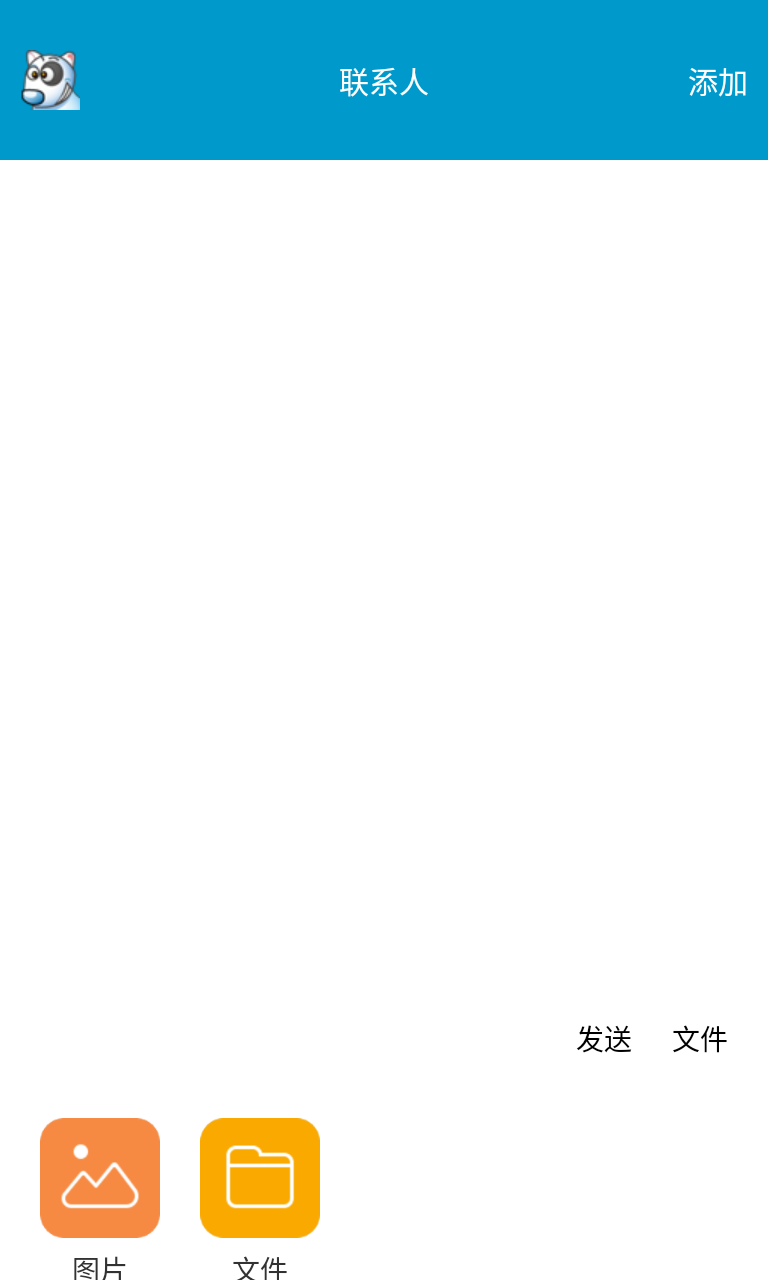
Repository: fanloveoupao/WecharTest
Layout: TestWechar/res/layout/interfce_char.xml
An editor plug-in stored every save of this project. The layout is shown before and after the next save, followed by the edit.
It is drawn on a 768 x 1280 px phone screen (xhdpi) without system bars, with theme AppTheme; the app's code is not run. Lists and similar views that code fills are empty.

Above is the layout before, as saved 2015-10-09 06:10:48.

### TestWechar/res/layout/interfce_char.xml
<?xml version="1.0" encoding="utf-8"?>
<LinearLayout xmlns:android="http://schemas.android.com/apk/res/android"
    android:layout_width="match_parent"
    android:layout_height="match_parent"
    android:background="#FFFFFF"
    android:orientation="vertical" >

    <include
        android:layout_width="fill_parent"
        android:layout_height="wrap_content"
        layout="@layout/include" />

    <ListView
        android:id="@+id/msg_list_view"
        android:layout_width="match_parent"
        android:layout_height="0dp"
        android:layout_marginTop="10dp"
        android:layout_weight="1"
        android:divider="#0000"
        android:listSelector="#FFFFFF" >
    </ListView>

    <TextView
        android:id="@+id/loading"
        android:layout_width="wrap_content"
        android:layout_height="wrap_content"
        android:background="@drawable/messge_right"
        android:textColor="@color/black_deep"
        android:visibility="gone" />

    <LinearLayout
        android:layout_width="fill_parent"
        android:layout_height="50dp"
        android:gravity="center_vertical"
        android:orientation="horizontal" >

        <EditText
            android:id="@+id/input_text"
            android:layout_width="0dp"
            android:layout_height="wrap_content"
            android:layout_marginLeft="10dp"
            android:layout_marginRight="10dp"
            android:layout_weight="1"
            android:background="@color/white" />

        <TextView
            android:id="@+id/send"
            android:layout_width="wrap_content"
            android:layout_height="wrap_content"
            android:layout_marginRight="20dp"
            android:text="发送"
            android:textColor="#000000" />

        <TextView
            android:id="@+id/send_fole"
            android:layout_width="wrap_content"
            android:layout_height="wrap_content"
            android:layout_marginRight="20dp"
            android:text="文件"
            android:textColor="#000000" />
    </LinearLayout>

    <include
        android:id="@+id/include_send"
        android:layout_width="match_parent"
        android:layout_height="wrap_content"
        layout="@layout/send_file" />

</LinearLayout>

### TestWechar/res/values/styles.xml
<resources>

    <!--
        Base application theme, dependent on API level. This theme is replaced
        by AppBaseTheme from res/values-vXX/styles.xml on newer devices.











    -->
    <style name="AppBaseTheme" parent="android:Theme.Light">
        <!--
            Theme customizations available in newer API levels can go in
            res/values-vXX/styles.xml, while customizations related to
            backward-compatibility can go here.






        -->
    </style>

    <!-- Application theme. -->
    <style name="AppTheme" parent="AppBaseTheme">
        <!-- All customizations that are NOT specific to a particular API-level can go here. -->
    </style>

    <style name="animationmsg">
        <item name="android:windowEnterAnimation">@anim/msg_enter</item>
        <item name="android:windowExitAnimation">@anim/msg_exit</item>
    </style>

</resources>

### TestWechar/res/layout/include.xml
<?xml version="1.0" encoding="utf-8"?>
<LinearLayout xmlns:android="http://schemas.android.com/apk/res/android"
    android:layout_width="match_parent"
    android:layout_height="match_parent"
    android:orientation="vertical" >

    <RelativeLayout
        android:layout_width="fill_parent"
        android:layout_height="80dp"
        android:background="#0099CC"
        android:gravity="center_vertical" >

        <ImageView
            android:layout_width="30dp"
            android:layout_height="30dp"
            android:layout_alignParentLeft="true"
            android:layout_centerVertical="true"
            android:layout_marginLeft="10dp"
            android:src="@drawable/h091" />

        <TextView
            android:id="@+id/title"
            android:layout_width="wrap_content"
            android:layout_height="wrap_content"
            android:layout_centerHorizontal="true"
            android:layout_centerVertical="true"
            android:text="联系人"
            android:textColor="#FFFFFF"
            android:textSize="15dp" />

        <TextView
            android:id="@+id/add"
            android:layout_width="wrap_content"
            android:layout_height="wrap_content"
            android:layout_alignParentRight="true"
            android:layout_centerVertical="true"
            android:layout_marginRight="10dp"
            android:text="添加"
            android:textColor="#FFFFFF"
            android:textSize="15dp" />
    </RelativeLayout>

</LinearLayout>

### TestWechar/res/values/color.xml
<?xml version="1.0" encoding="utf-8"?>
<resources>

    <color name="white">#ffffffff</color>
    <color name="window_bg">#fff0f3f6</color>
    <color name="title_bg">#ff54acea</color>
    <color name="chat_text">#ff333333</color>
    <color name="common_top_bar_blue">#4ebcd3</color>
    <color name="btn_login_normal">#00acff</color>
    <color name="btn_login_pressed">#46678d</color>
    <color name="btn_logout_normal">#d33f3f</color>
    <color name="btn_logout_pressed">#DA5A4D</color>
    <color name="btn_register_normal">#ffffff</color>
    <color name="btn_register_pressed">#00acff</color>
    <color name="common_bottom_bar_normal_bg">#2d2f31</color>
    <color name="common_bottom_bar_selected_bg">#161718</color>
    <color name="common_botton_bar_blue">#2ea7e0</color>
    <color name="common_bg">#fcfcfc</color>
    <color name="btn_pressed_green_solid">#B6DA53</color>
    <color name="divider_list">#d4d4d4</color>
    <color name="top_bar_normal_bg">#00acff</color>
    <color name="error_item_color">#F6EBE6</color>
    <color name="bottom_bar_normal_bg">#2D2F31</color>
    <color name="bottom_text_color_normal">#ffffff</color>
    <color name="btn_white_normal">#f7f8f8</color>
    <color name="btn_white_pressed">#b5b5b6</color>
    <color name="btn_green_noraml">#68C270</color>
    <color name="btn_green_pressed">#6FCD78</color>
    <color name="btn_gray_normal">#c0c0c0</color>
    <color name="btn_gray_pressed_status">#b5b5b6</color>
    <color name="btn_gray_pressed">#666667</color>
    <color name="btn_blue_normal">#1e90ff</color>
    <color name="btn_blue_pressed">#0066FF</color>
    <color name="orange">#FFA500</color>
    <color name="gray_pressed">#b5b5b6</color>
    <color name="gray_normal">#666667</color>
    <color name="grid_state_pressed">#1Affffff</color>
    <color name="grid_state_focused">#80000000</color>
    <color name="voip_interface_text_color">#bababa</color>
    <color name="black_deep">#FF000000</color>
    <color name="btn_answer_pressed">#4ebcd3</color>
    <color name="btn_answer_normal">#2dafa3</color>

</resources>

### TestWechar/res/layout/send_file.xml
<?xml version="1.0" encoding="utf-8"?>
<LinearLayout xmlns:android="http://schemas.android.com/apk/res/android"
    android:layout_width="match_parent"
    android:layout_height="fill_parent"
    android:gravity="center_vertical"
    android:orientation="horizontal" >

    <LinearLayout
        android:layout_width="wrap_content"
        android:layout_height="wrap_content"
        android:layout_marginLeft="20dp"
        android:layout_marginTop="10dp"
        android:gravity="center_vertical"
        android:orientation="vertical" >

        <ImageView
            android:id="@+id/send_photo"
            android:layout_width="60dp"
            android:layout_height="60dp"
            android:src="@drawable/photo" />

        <TextView
            android:id="@+id/text_photo"
            android:layout_width="60dp"
            android:layout_height="wrap_content"
            android:layout_marginTop="5dp"
            android:gravity="center"
            android:text="图片" />
    </LinearLayout>
    <!--  -->

    <LinearLayout
        android:layout_width="wrap_content"
        android:layout_height="wrap_content"
        android:layout_marginLeft="20dp"
        android:layout_marginTop="10dp"
        android:gravity="center_vertical"
        android:orientation="vertical" >

        <ImageView
            android:id="@+id/send_file"
            android:layout_width="60dp"
            android:layout_height="60dp"
            android:src="@drawable/file" />

        <TextView
            android:id="@+id/text_file"
            android:layout_width="60dp"
            android:layout_height="wrap_content"
            android:layout_marginTop="5dp"
            android:gravity="center"
            android:text="文件" />
    </LinearLayout>

</LinearLayout>

Loaded but not shown: TestWechar/res/values-v11/styles.xml (common file); TestWechar/res/values-v14/styles.xml (common file)

After the next save:
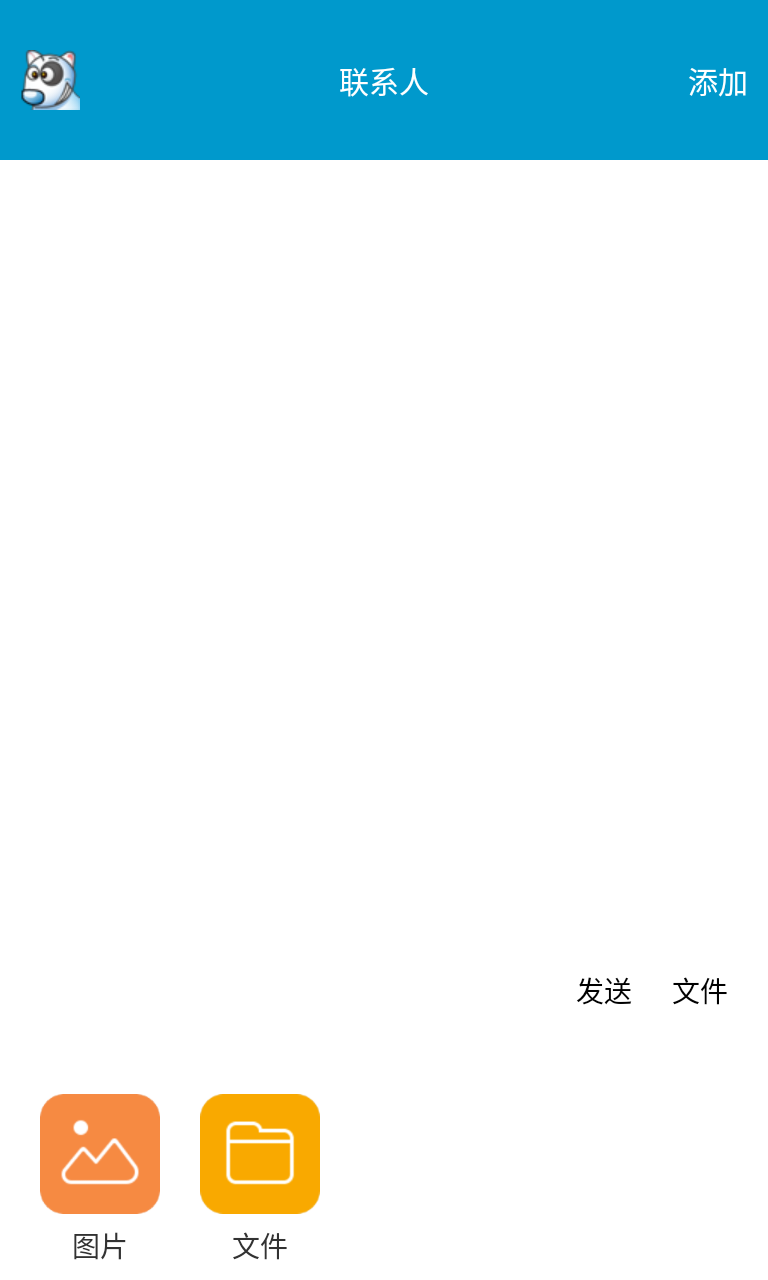
Saved 27 s later.
--- a/TestWechar/res/layout/interfce_char.xml
+++ b/TestWechar/res/layout/interfce_char.xml
@@ -63,7 +63,7 @@
     <include
         android:id="@+id/include_send"
         android:layout_width="match_parent"
-        android:layout_height="wrap_content"
+        android:layout_height="120dp"
         layout="@layout/send_file" />
 
 </LinearLayout>
